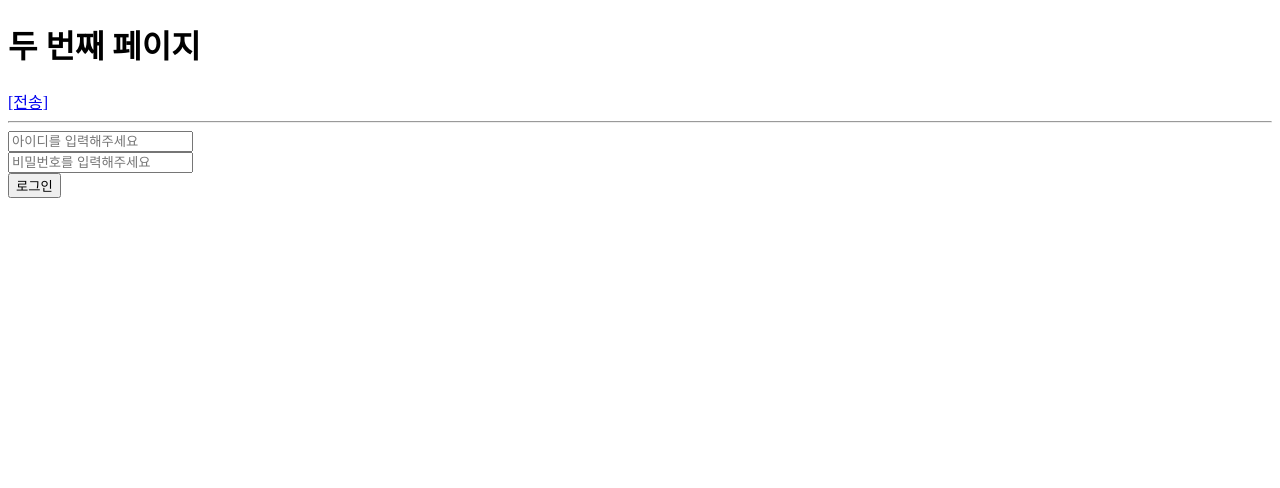
Repository: Taein142/STS3
Page: http://localhost/jsp01/mavCase
The author's editor kept a copy of each file at every save. The page is drawn from the files as they stood at one save, then again after the next save.
The browser window is 1280 px wide. The pictures show the whole page.
The page is served by Tomcat 9. Other server files are loaded and not shown.

Above is the page before, as saved 2024-02-02 05:30:24.

### jsp01/src/main/webapp/WEB-INF/views/modelAndView.jsp
<%@ page language="java" contentType="text/html; charset=UTF-8"
    pageEncoding="UTF-8"%>
<!DOCTYPE html>
<html>
<head>
<meta charset="UTF-8">
<title>Insert title here</title>
</head>
<body>
	<h1>${sec_data}</h1>
	<%-- <hr>
	<h2>번호: ${person2.code}</h2>
	<h2>이름: ${person2.strData}</h2>
	<h2>나이: ${person2.numData}</h2>
	<h2>생일: ${person2.dataData}</h2> --%>
	<a href="send?id=user&num1=1234&num2=74">[전송]</a>
	<hr>
	<form action="login" method="get"> <!-- method는 디폴트가 get이다.(생략가능) -->
		<input type="text" name="id" placeholder="아이디를 입력해주세요"> <br>
		<input type="text" name="password" placeholder="비밀번호를 입력해주세요"> <br>
		<input type="submit" value="로그인">
	</form>


</body>
</html>

### jsp01/src/main/java/com/icia/jsp01/dto/DataDTO.java
package com.icia.jsp01.dto;

import lombok.Getter;
import lombok.Setter;
import lombok.ToString;

@Getter
@Setter
@ToString
public class DataDTO {
	private int code; // 데이터 번호
	private String strData;
	private int numData;
	private String dataData;

}

After the next save:
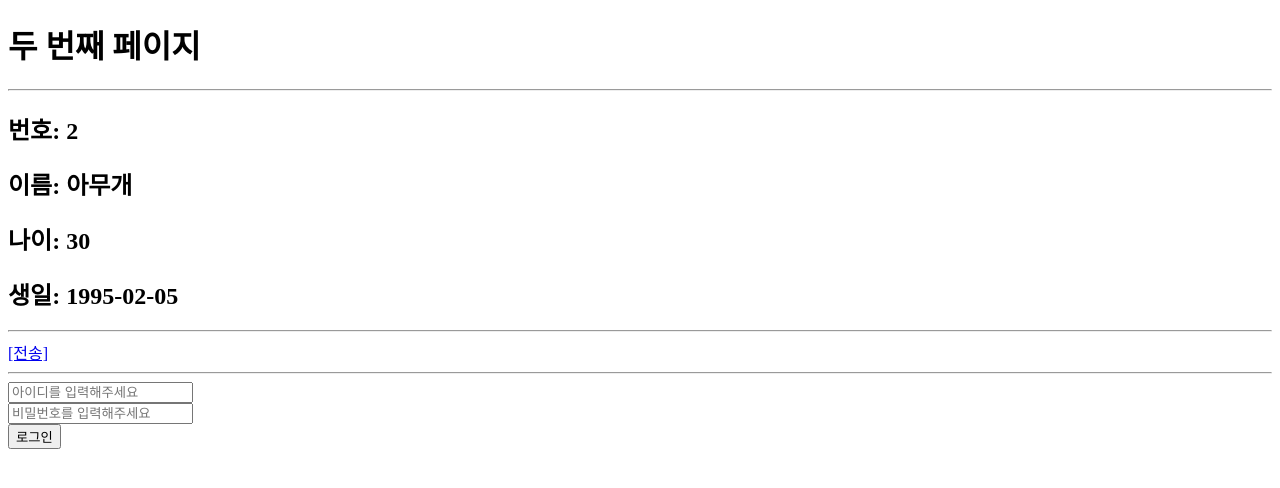
Saved 64 s later.
--- a/jsp01/src/main/webapp/WEB-INF/views/modelAndView.jsp
+++ b/jsp01/src/main/webapp/WEB-INF/views/modelAndView.jsp
@@ -8,11 +8,12 @@
 </head>
 <body>
 	<h1>${sec_data}</h1>
-	<%-- <hr>
+	<hr>
 	<h2>번호: ${person2.code}</h2>
 	<h2>이름: ${person2.strData}</h2>
 	<h2>나이: ${person2.numData}</h2>
-	<h2>생일: ${person2.dataData}</h2> --%>
+	<h2>생일: ${person2.dataData}</h2>
+	<hr>
 	<a href="send?id=user&num1=1234&num2=74">[전송]</a>
 	<hr>
 	<form action="login" method="get"> <!-- method는 디폴트가 get이다.(생략가능) -->
